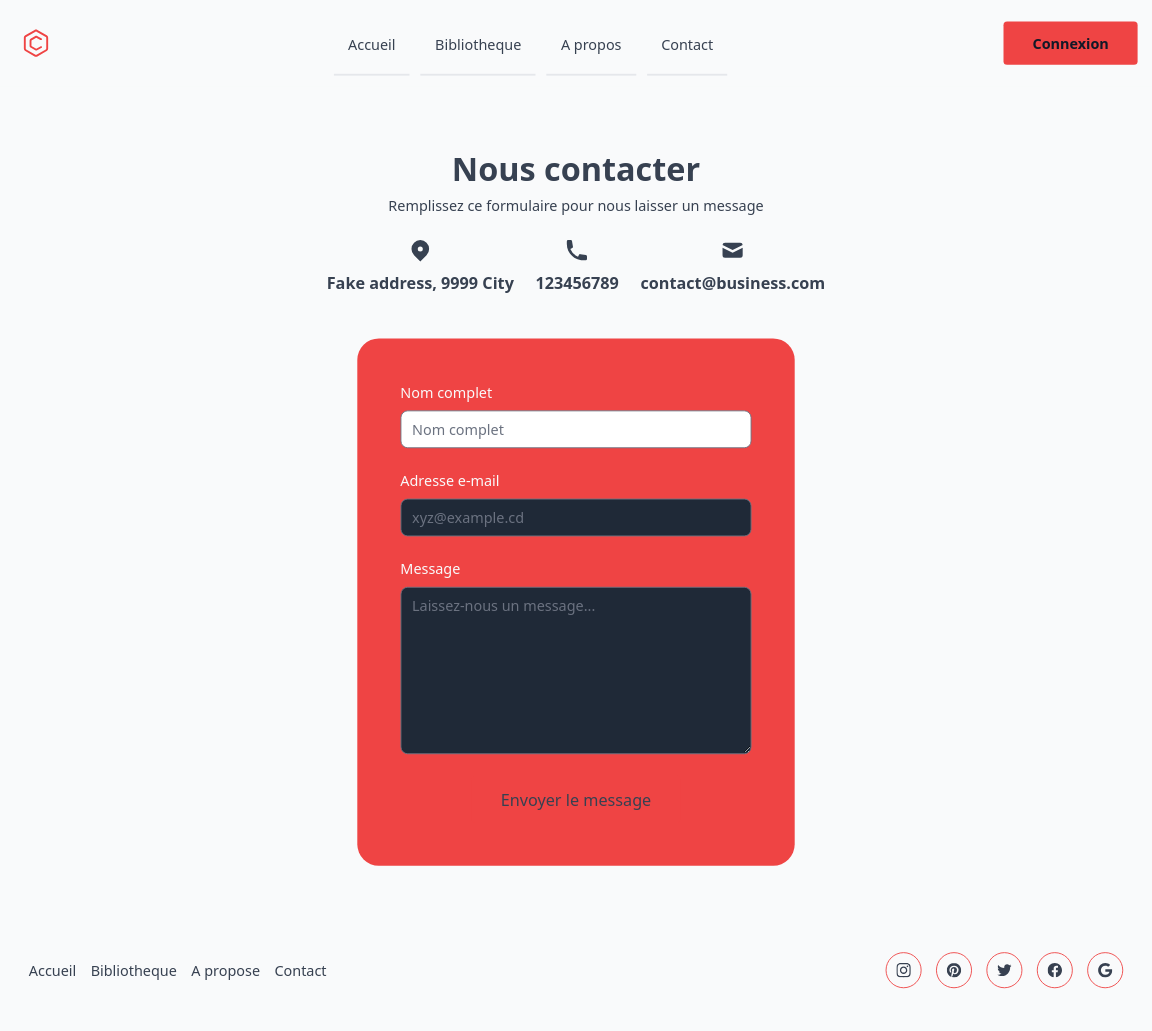
Repository: erulabs243/museum
Page: /contact
An editor plug-in stored every save of this project. The page is shown before and after the next save, followed by the edit.
The browser window is 1280 px wide. The pictures show the whole page, at 90% of full size.
The project was rebuilt for these pictures with package versions that can differ from the ones it lists, and the page was loaded fresh each time. Also part of the build but not shown: vite.config.js, src/pages/admin/Home.jsx, src/pages/commons/NotFound.jsx, src/components/atoms/TagBadge.jsx, src/components/atoms/MyAudioPlayer.jsx, src/components/atoms/MyVideoPlayer.jsx, src/components/atoms/MediaCard.jsx, src/components/sections/Testimonial.jsx and 16 more.

Above is the page before, as saved 2022-08-10 14:20:30.

### index.html
<!DOCTYPE html>
<html lang="en">
  <head>
    <meta charset="UTF-8" />
    <link rel="icon" type="image/svg+xml" href="/vite.svg" />
    <link rel="stylesheet" href="src/theme/App.css">
    <meta name="viewport" content="width=device-width, initial-scale=1.0" />
    <title>Museum...</title>
  </head>
  <body class="bg-gray-50">
    <div id="root"></div>
    <script type="module" src="/src/main.jsx"></script>
  </body>
</html>

### src/App.jsx
'use strict';

import {BrowserRouter, Route, Routes} from 'react-router-dom';
import { AdminRoutes, CommonsRoutes, UserRoutes, AuthRoutes } from './routes';

const App = () => {
  return (
      <BrowserRouter>
        <Routes>
          {AuthRoutes.map(route => <Route path={route.path} key={route.path} element={route.element} />)}
          {UserRoutes.map(route => <Route path={route.path} key={route.path} element={route.element} />)}
          {AdminRoutes.map(route => <Route path={route.path} key={route.path} element={route.element} />)}
          {CommonsRoutes.map(route => <Route path={route.path} key={route.path} element={route.element} />)}
        </Routes>
      </BrowserRouter>
  );
};

export default App

### src/routes/index.jsx
'use strict';

import AdminRoutes from "./AdminRoutes";
import CommonsRoutes from "./CommonsRoutes";
import UserRoutes from "./UserRoutes";
import AuthRoutes from "./AuthRoutes";

export {UserRoutes, AdminRoutes, CommonsRoutes, AuthRoutes};

### src/routes/AdminRoutes.jsx
'use strict';

import { Home } from "../pages/admin";

const AdminRoutes = [
    {
        path: '/admin',
        element: <Home />
    }
];

export default AdminRoutes;

### src/routes/CommonsRoutes.jsx
'use strict';

import {NotFound} from '../pages/commons';

const CommonsRoutes = [
    {
        path: '*',
        element: <NotFound />
    }
]

export default CommonsRoutes;

### src/routes/UserRoutes.jsx
'use strict';

import {
    About,
    Contact,
    Gallery,
    Home,
    Library,
    Podcast,
    Story,
    Testimonials,
    Videos
} from '../pages/user';

const UserRoutes = [
    {
        path: '/',
        element: <Home />
    },
    {
        path: '/contact',
        element: <Contact />
    },
    {
        path: '/library',
        element: <Library />
    },
    {
        path: '/stories',
        element: <Testimonials />
    },
    {
        path: '/stories/:slug',
        element: <Story />
    },
    {
        path: '/gallery',
        element: <Gallery />
    },
    {
        path: '/videos',
        element: <Videos />
    },
    {
        path: '/podcast',
        element: <Podcast />
    },
    {
        path: '/about',
        element: <About />
    }
];

export default UserRoutes;

### src/routes/AuthRoutes.jsx
'use strict';

import {Login} from '../pages/auth';

const AuthRoutes = [
    {
        path: '/login',
        element: <Login />
    }
];

export default AuthRoutes;

### src/pages/admin/index.jsx
'use strict';

import Home from './Home';

export {Home};

### src/pages/commons/index.jsx
'use strict';

import NotFound from './NotFound';

export {NotFound};

### src/pages/user/index.jsx
'use strict';

import Blog from './Blog';
import Contact from './Contact';
import Gallery from './Gallery';
import Library from './Library';
import Podcast from './Podcast';
import Testimonials from './Testimonials';
import Videos from './Videos';
import Home from './Home';
import Story from './Story';
import About from './About';

export { Home, Blog, Contact, Gallery, Library, Podcast, Testimonials, Videos, Story, About };

### src/pages/auth/index.jsx
'use strict';

import Login from "./Login";

export {Login};

### src/pages/user/Contact.jsx
'use strict';

import { Footer, Navbar } from '../../components/sections';

const Contact = () => {
    return (
        <main>
            <Navbar />
            <section className="pt-6 pb-12 bg-gray-50 text-gray-700 h-5/6">
                <div className="flex flex-col items-center px-6 mx-auto lg:px-8">
                    <div className="p-12 w-2/3">
                        <h1 className="text-4xl font-bold text-center">Nous contacter</h1>
                        <p className="pt-2 pb-4 text-center">
                            Remplissez ce formulaire pour nous laisser un message
                        </p>
                        <div className="flex justify-center items-center">
                            <p className="flex flex-col justify-center items-center mx-3">
                                <svg
                                    xmlns="http://www.w3.org/2000/svg"
                                    viewBox="0 0 20 20"
                                    fill="currentColor"
                                    className="w-7 h-7 my-2">
                                    <path
                                        fillRule="evenodd"
                                        d="M5.05 4.05a7 7 0 119.9 9.9L10 18.9l-4.95-4.95a7 7 0 010-9.9zM10 11a2 2 0 100-4 2 2 0 000 4z"
                                        clipRule="evenodd"></path>
                                </svg>
                                <span className="text-lg font-semibold">
                                    Fake address, 9999 City
                                </span>
                            </p>
                            <p className="flex  flex-col justify-center items-center mx-3">
                                <svg
                                    xmlns="http://www.w3.org/2000/svg"
                                    viewBox="0 0 20 20"
                                    fill="currentColor"
                                    className="w-7 h-7 my-2">
                                    <path d="M2 3a1 1 0 011-1h2.153a1 1 0 01.986.836l.74 4.435a1 1 0 01-.54 1.06l-1.548.773a11.037 11.037 0 006.105 6.105l.774-1.548a1 1 0 011.059-.54l4.435.74a1 1 0 01.836.986V17a1 1 0 01-1 1h-2C7.82 18 2 12.18 2 5V3z"></path>
                                </svg>
                                <span className="text-lg font-semibold">123456789</span>
                            </p>
                            <p className="flex flex-col justify-center items-center mx-3">
                                <svg
                                    xmlns="http://www.w3.org/2000/svg"
                                    viewBox="0 0 20 20"
                                    fill="currentColor"
                                    className="w-7 h-7 my-2">
                                    <path d="M2.003 5.884L10 9.882l7.997-3.998A2 2 0 0016 4H4a2 2 0 00-1.997 1.884z"></path>
                                    <path d="M18 8.118l-8 4-8-4V14a2 2 0 002 2h12a2 2 0 002-2V8.118z"></path>
                                </svg>
                                <span className="text-lg font-semibold">contact@business.com</span>
                            </p>
                        </div>
                    </div>
                    <form
                        noValidate=""
                        className="flex flex-col w-2/5 py-12 space-y-6 px-12 ng-untouched ng-pristine ng-valid bg-red-500 rounded-3xl">
                        <label className="block">
                            <span className="text-gray-50">Nom complet</span>
                            <input
                                type="text"
                                placeholder="Nom complet"
                                required
                                className="block w-full rounded-lg mt-2 focus:ring focus:ring-opacity-75 focus:ring-red-500 bg-red-600 text-gray-50"
                            />
                        </label>
                        <label className="block">
                            <span className="text-gray-50">Adresse e-mail</span>
                            <input
                                type="email"
                                required
                                placeholder="xyz@example.cd"
                                className="block w-full rounded-lg mt-2 focus:ring focus:ring-opacity-75 focus:ring-red-500 bg-gray-800 text-gray-50"
                            />
                        </label>
                        <label className="block">
                            <span className="text-gray-50">Message</span>
                            <textarea
                                required
                                placeholder="Laissez-nous un message..."
                                rows="7"
                                className="block w-full rounded-lg mt-2 focus:ring focus:ring-opacity-75 focus:ring-red-500 bg-gray-800 text-gray-50"></textarea>
                        </label>
                        <button
                            type="button"
                            className="self-center px-8 py-3 text-lg rounded focus:ring hover:ring focus:ring-opacity-75 bg-red-500 text-gray-700 focus:ring-red-500 hover:ring-red-500">
                            Envoyer le message
                        </button>
                    </form>
                </div>
            </section>
            <Footer />
        </main>
    );
};

export default Contact;

### src/components/sections/index.jsx
'use strict';

import Navbar from './Navbar';
import Footer from './Footer';
import Testimonial from './Testimonial';
import LibraryHeader from './LibraryHeader';
import Pagination from './Pagination';
import Article from './Article';
import Image from './Image';
import Modal from './Modal';

export { Navbar, Footer, Testimonial, LibraryHeader, Pagination, Article, Image, Modal };

### src/components/atoms/index.jsx
'use strict';

import NavLink from './headers/NavLink';
import Button from './headers/Button';
import TagBadge from './TagBadge';
import MyAudioPlayer from './MyAudioPlayer';
import MyVideoPlayer from './MyVideoPlayer';
import MediaCard from './MediaCard';

export { Button, NavLink, TagBadge, MyAudioPlayer, MyVideoPlayer, MediaCard };

### src/components/sections/Navbar.jsx
'use strict';

import { Button, NavLink } from '../atoms';

const setActiveMenu = (menu) => {
    const urlHref = window.location.href;
    let url = urlHref;
    url = url.substring(url.lastIndexOf('/') + 1);
    if (
        urlHref.includes('stories') ||
        urlHref.includes('videos') ||
        urlHref.includes('podcast') ||
        urlHref.includes('gallery')
    )
        url = 'library';

    return menu == 'home' && url == '' ? true : url.includes(menu);
};

const Navbar = () => {
    return (
        <header className="p-4 sticky top-0 bg-gray-50 text-gray-700">
            <div className="container flex justify-between h-16 mx-auto">
                <a
                    rel="noopener noreferrer"
                    href="#"
                    aria-label="Back to homepage"
                    className="flex items-center p-2">
                    <svg
                        xmlns="http://www.w3.org/2000/svg"
                        fill="currentColor"
                        viewBox="0 0 32 32"
                        className="w-8 h-8 text-red-500">
                        <path d="M27.912 7.289l-10.324-5.961c-0.455-0.268-1.002-0.425-1.588-0.425s-1.133 0.158-1.604 0.433l0.015-0.008-10.324 5.961c-0.955 0.561-1.586 1.582-1.588 2.75v11.922c0.002 1.168 0.635 2.189 1.574 2.742l0.016 0.008 10.322 5.961c0.455 0.267 1.004 0.425 1.59 0.425 0.584 0 1.131-0.158 1.602-0.433l-0.014 0.008 10.322-5.961c0.955-0.561 1.586-1.582 1.588-2.75v-11.922c-0.002-1.168-0.633-2.189-1.573-2.742zM27.383 21.961c0 0.389-0.211 0.73-0.526 0.914l-0.004 0.002-10.324 5.961c-0.152 0.088-0.334 0.142-0.53 0.142s-0.377-0.053-0.535-0.145l0.005 0.002-10.324-5.961c-0.319-0.186-0.529-0.527-0.529-0.916v-11.922c0-0.389 0.211-0.73 0.526-0.914l0.004-0.002 10.324-5.961c0.152-0.090 0.334-0.143 0.53-0.143s0.377 0.053 0.535 0.144l-0.006-0.002 10.324 5.961c0.319 0.185 0.529 0.527 0.529 0.916z"></path>
                        <path d="M22.094 19.451h-0.758c-0.188 0-0.363 0.049-0.515 0.135l0.006-0.004-4.574 2.512-5.282-3.049v-6.082l5.282-3.051 4.576 2.504c0.146 0.082 0.323 0.131 0.508 0.131h0.758c0.293 0 0.529-0.239 0.529-0.531v-0.716c0-0.2-0.11-0.373-0.271-0.463l-0.004-0.002-5.078-2.777c-0.293-0.164-0.645-0.26-1.015-0.26-0.39 0-0.756 0.106-1.070 0.289l0.010-0.006-5.281 3.049c-0.636 0.375-1.056 1.055-1.059 1.834v6.082c0 0.779 0.422 1.461 1.049 1.828l0.009 0.006 5.281 3.049c0.305 0.178 0.67 0.284 1.061 0.284 0.373 0 0.723-0.098 1.027-0.265l-0.012 0.006 5.080-2.787c0.166-0.091 0.276-0.265 0.276-0.465v-0.716c0-0.293-0.238-0.529-0.529-0.529z"></path>
                    </svg>
                </a>
                <ul className="items-stretch hidden space-x-3 lg:flex">
                    <li className="flex">
                        <NavLink
                            link={{ name: 'Accueil', path: '', active: setActiveMenu('home') }}
                        />
                    </li>
                    <li className="flex">
                        <NavLink
                            link={{
                                name: 'Bibliotheque',
                                path: 'stories',
                                active: setActiveMenu('library')
                            }}
                        />
                    </li>
                    <li className="flex">
                        <NavLink
                            link={{
                                name: 'A propos',
                                path: 'about',
                                active: setActiveMenu('about')
                            }}
                        />
                    </li>
                    <li className="flex">
                        <NavLink
                            link={{
                                name: 'Contact',
                                path: 'contact',
                                active: setActiveMenu('contact')
                            }}
                        />
                    </li>
                </ul>
                <div className="items-center flex-shrink-0 hidden lg:flex">
                    {/* <button className="self-center px-8 py-3 rounded">Sign in</button> */}
                    <Button link={{ name: 'Connexion' }} />
                </div>
                <button className="p-4 lg:hidden">
                    <svg
                        xmlns="http://www.w3.org/2000/svg"
                        fill="none"
                        viewBox="0 0 24 24"
                        stroke="currentColor"
                        className="w-6 h-6 text-gray-100">
                        <path
                            strokeLinecap="round"
                            strokeLinejoin="round"
                            strokeWidth="2"
                            d="M4 6h16M4 12h16M4 18h16"></path>
                    </svg>
                </button>
            </div>
        </header>
    );
};

export default Navbar;

### src/components/atoms/headers/NavLink.jsx
'use strict';

import { Link } from 'react-router-dom';

const NavLink = ({ link = {} }) => {
  return (
    <Link
      rel="noopener noreferrer"
      to={`/${link.path}`}
      className={
        link.active
          ? 'flex items-center px-4 -mb-1 border-b-2 dark:border-transparent dark:text-red-500 dark:border-red-500'
          : 'flex items-center px-4 -mb-1 border-b-2 dark:border-transparent'
      }>
      {link.name}
    </Link>
  );
};

export default NavLink;

### src/components/atoms/headers/Button.jsx
'use strict';

const Button = ({ link = {} }) => {
  return (
    <button className="self-center px-8 py-3 font-semibold rounded bg-red-500 text-gray-900">
      {link.name}
    </button>
  );
};

export default Button;

Loaded but not shown: src/main.jsx (common file); src/theme/App.css (2450 lines, source omitted); src/components/sections/Footer.jsx (105 lines, source omitted)

After the next save:
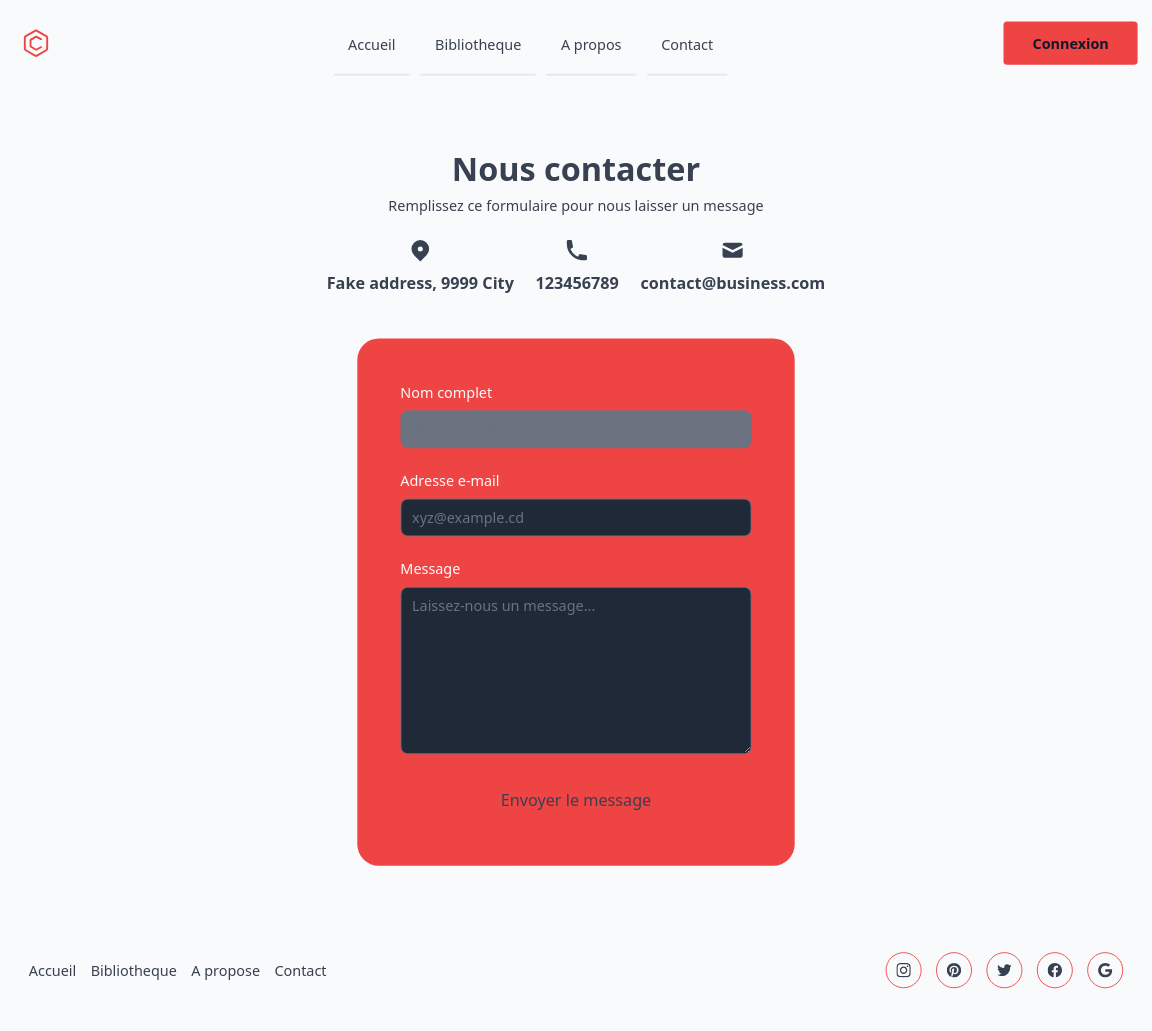
Saved 7 s later.
--- a/src/pages/user/Contact.jsx
+++ b/src/pages/user/Contact.jsx
@@ -61,7 +61,7 @@
                                 type="text"
                                 placeholder="Nom complet"
                                 required
-                                className="block w-full rounded-lg mt-2 focus:ring focus:ring-opacity-75 focus:ring-red-500 bg-red-600 text-gray-50"
+                                className="block w-full rounded-lg mt-2 focus:ring focus:ring-opacity-75 focus:ring-red-500 bg-gray-500 text-gray-50"
                             />
                         </label>
                         <label className="block">

After the save that followed:
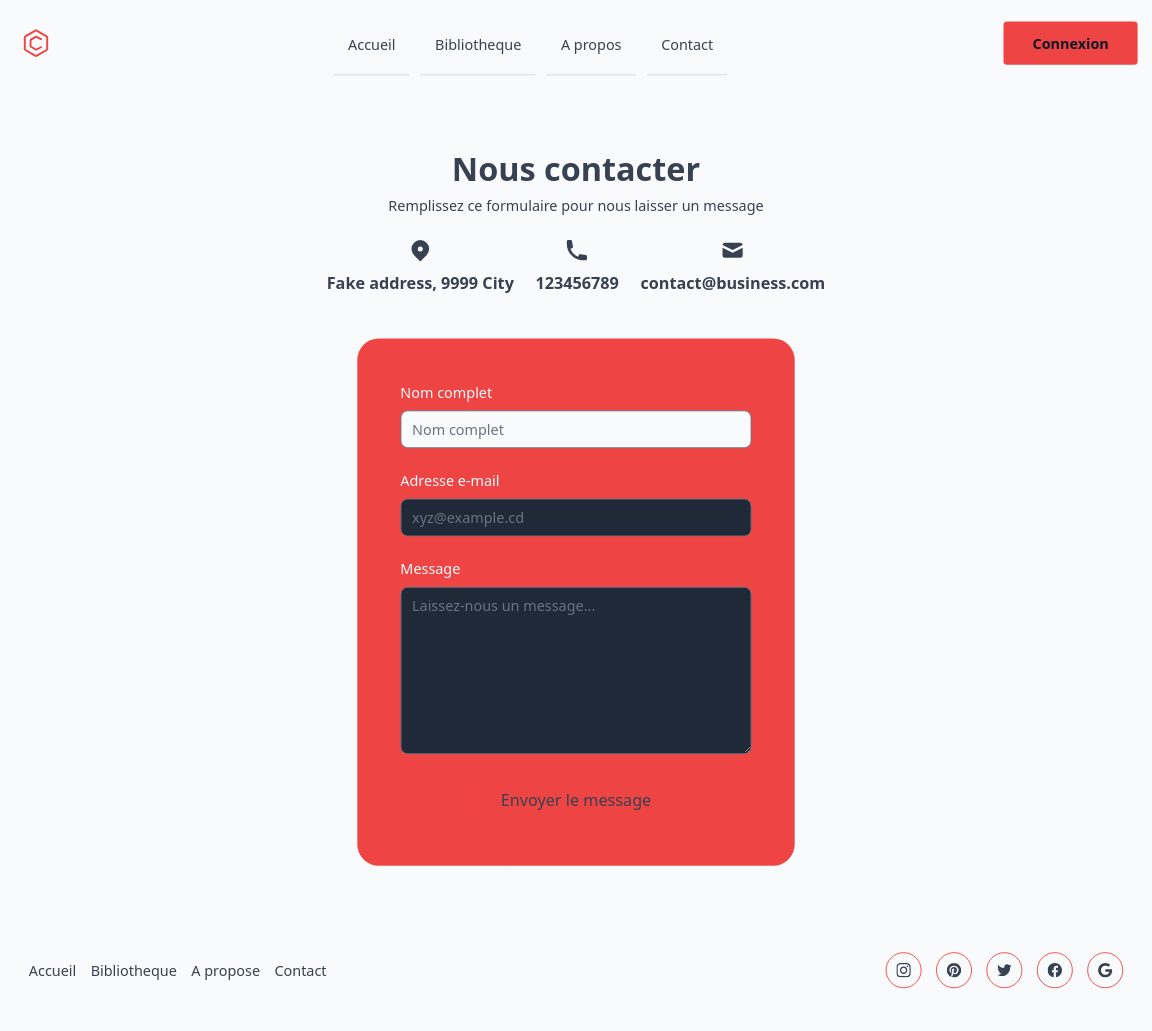
Saved 5 s later.
--- a/src/pages/user/Contact.jsx
+++ b/src/pages/user/Contact.jsx
@@ -61,7 +61,7 @@
                                 type="text"
                                 placeholder="Nom complet"
                                 required
-                                className="block w-full rounded-lg mt-2 focus:ring focus:ring-opacity-75 focus:ring-red-500 bg-gray-500 text-gray-50"
+                                className="block w-full rounded-lg mt-2 focus:ring focus:ring-opacity-75 focus:ring-red-500 bg-gray-50 text-gray-50"
                             />
                         </label>
                         <label className="block">
